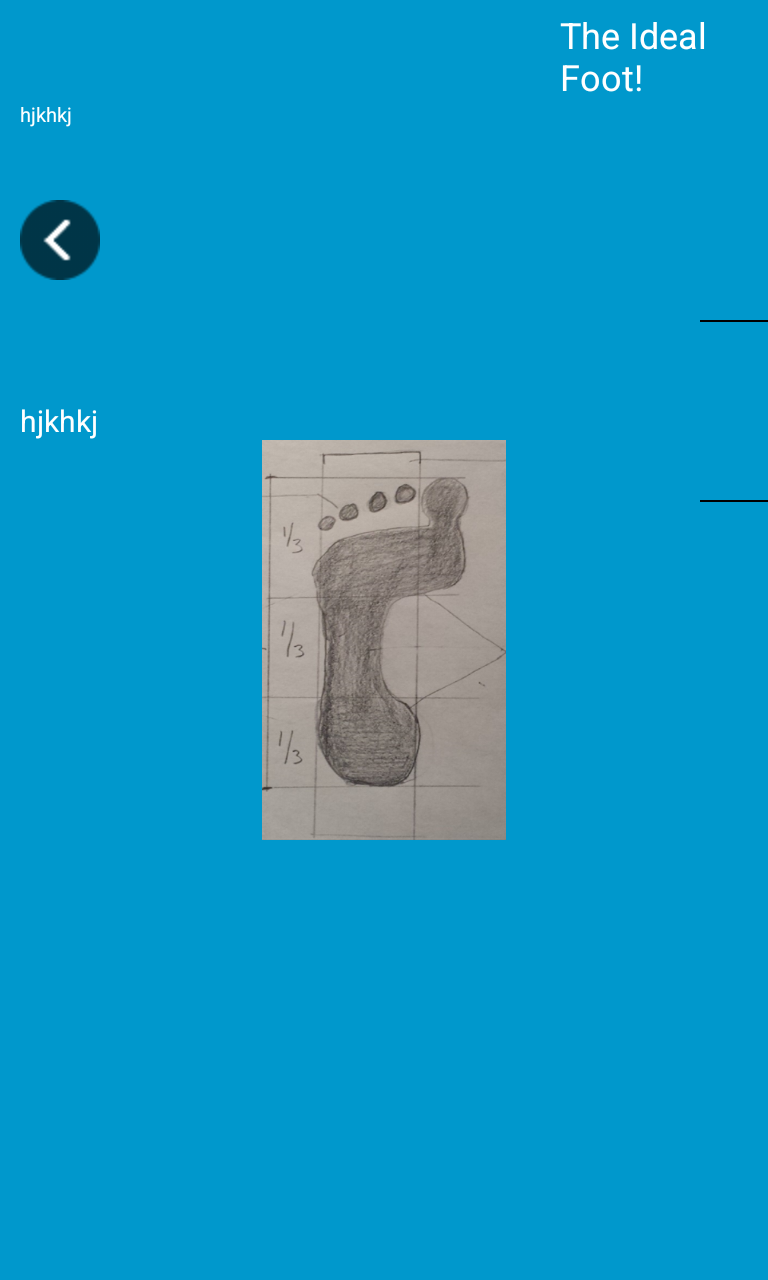
Repository: nanoweb12/GoodFeetAppNew
Layout: GoodFeetapp/res/layout/ideal_foot2.xml
The author's editor kept a copy of each file at every save. The layout is drawn from the files as they stood at one save, then again after the next save.
It is drawn on a 768 x 1280 px phone screen (xhdpi) without system bars, with theme MyTheme; the app's code is not run.

Above is the layout before, as saved 2015-02-21 03:48:35.

### GoodFeetapp/res/layout/ideal_foot2.xml
<?xml version="1.0" encoding="utf-8"?>
<RelativeLayout xmlns:android="http://schemas.android.com/apk/res/android"
    android:layout_width="match_parent"
    android:layout_height="match_parent"
    android:background="#0098cc"


    >

        <TextView
            android:id="@+id/txt_idal"
            android:layout_width="fill_parent"
            android:layout_height="wrap_content"
          android:layout_marginTop="5dp"
          android:layout_marginLeft="280dp"

            android:textSize="18sp"
            android:textColor="#ffffff"
            android:text="The Ideal Foot!" />


    		<ImageView
                android:id="@+id/feet"
                android:layout_width="200dp"
                android:layout_height="200dp"
              android:layout_centerHorizontal="true"
              android:layout_centerVertical="true"

                android:src="@drawable/foot" />



                <TextView
                    android:id="@+id/text1_left"
                    android:layout_width="match_parent"
                    android:layout_height="wrap_content"

                    android:textSize="10sp"
                    android:text="hjkhkj"
                    android:textColor="#ffffff"
                    android:layout_marginTop="50dp"
                    android:layout_marginLeft="10dp"
                    />

                 <ImageView
        android:id="@+id/back"
        android:layout_width="40dp"
        android:layout_marginLeft="10dp"
             android:layout_marginTop="100dp"
        android:layout_height="40dp"

        android:src="@drawable/left_arrow" />

                   <TextView
                    android:id="@+id/text2_left"
                    android:layout_width="match_parent"
                    android:layout_height="wrap_content"

                    android:textSize="15sp"
                    android:text="hjkhkj"
                    android:textColor="#ffffff"
                    android:layout_marginTop="200dp"
                    android:layout_marginLeft="10dp"
                    />



                <TextView
                    android:id="@+id/text1_right"
                    android:layout_width="match_parent"
                    android:layout_height="wrap_content"

                    android:textSize="15sp"
                    android:text="hjkhkj"
                    android:textColor="#ffffff"
                    android:layout_marginTop="50dp"
                    android:layout_marginLeft="450dp"
                    />


                 <ImageView
        android:id="@+id/next"
        android:layout_width="40dp"

        android:layout_height="40dp"

          android:layout_marginLeft="500dp"
             android:layout_marginTop="100dp"

        android:src="@drawable/right_arrow" />



                   <TextView
                    android:id="@+id/text2_right"
                    android:layout_width="match_parent"
                    android:layout_height="wrap_content"

                    android:textSize="15sp"
                    android:text="hjkhkj"
                    android:textColor="#ffffff"
                    android:layout_marginTop="200dp"
                    android:layout_marginLeft="450dp"
                    />

      <View
          android:id="@+id/view_width"
            android:layout_width="50dp"
            android:layout_height="1dp"
            android:layout_marginTop="90dp"
            android:layout_marginLeft="400dp"


           android:background="#000000"
            />
    <EditText

        android:id="@+id/edt_width  "
        android:layout_width="60dp"
        android:layout_height="20dp"
        android:hint="Enter Width"
        android:textSize="10sp"
        android:background="#ffffff"
        android:layout_marginTop="90dp"
         android:layout_marginLeft="450dp"
        />






      <View
          android:id="@+id/view_lenth"
            android:layout_width="50dp"
            android:layout_height="1dp"
            android:layout_marginTop="160dp"
            android:layout_marginLeft="350dp"


           android:background="#000000"
            />
    <EditText

        android:id="@+id/edt_lenth  "
        android:layout_width="60dp"
        android:layout_height="20dp"
        android:hint="Enter Lenth"
        android:textSize="10sp"
        android:background="#ffffff"
       android:layout_marginTop="160dp"
            android:layout_marginLeft="400dp"
        />
      <View
          android:id="@+id/view_arch"
            android:layout_width="50dp"
            android:layout_height="1dp"
            android:layout_marginTop="250dp"
            android:layout_marginLeft="350dp"


           android:background="#000000"
            />
    <EditText

        android:id="@+id/edt_arch  "
        android:layout_width="60dp"
        android:layout_height="20dp"
        android:hint="Enter ARCH"
        android:textSize="10sp"
        android:background="#ffffff"
       android:layout_marginTop="210dp"
            android:layout_marginLeft="390dp"
        />




</RelativeLayout>

### GoodFeetapp/res/values-v11/styles.xml
<resources>
    <style name="MyTheme" parent="@android:style/Theme.Holo.Light">

    </style>

    <style name="MyActionBar" parent="@android:style/Widget.Holo.Light.ActionBar">
    <item name="android:actionBarSize">70dip</item>
         <item name="android:background">#D3D3D3</item>
    </style>
</resources>

### GoodFeetapp/res/values-v14/styles.xml
<!-- <resources>
    the theme applied to the application or activity
    <style name="CustomActionBarTheme"
           parent="@android:style/Theme.Holo.Light.DarkActionBar">

    </style>

    ActionBar styles
    <style name="MyActionBar"
           parent="@android:style/Widget.Holo.Light.ActionBar.Solid.Inverse">
       <item name="android:actionBarSize">70dip</item>
         <item name="android:background">#D3D3D3</item>

    </style>
</resources> -->

<resources>
    <style name="MyTheme" parent="@android:style/Theme.Holo.Light">

    </style>

    <style name="MyActionBar" parent="@android:style/Widget.Holo.Light.ActionBar">
    <item name="android:actionBarSize">100dip</item>
         <item name="android:background">#D3D3D3</item>
    </style>
</resources>

### GoodFeetapp/res/values/styles.xml
<resources>
    <style name="MyTheme" parent="@android:style/Theme.Holo.Light">

    </style>

    <style name="MyActionBar" parent="@android:style/Widget.Holo.Light.ActionBar">
    <item name="android:actionBarSize">70dip</item>
         <item name="android:background">#D3D3D3</item>
    </style>
</resources>

After the next save:
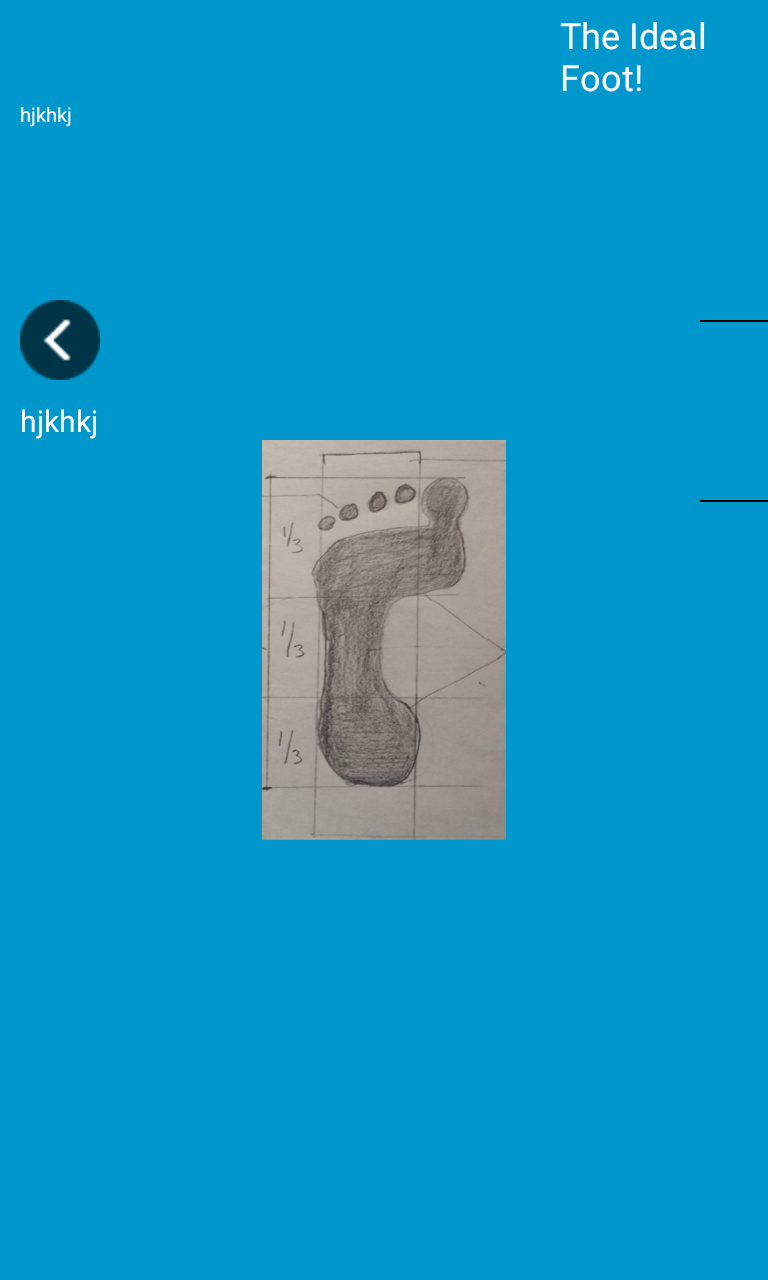
Saved 2 min 9 s later.
--- a/GoodFeetapp/res/layout/ideal_foot2.xml
+++ b/GoodFeetapp/res/layout/ideal_foot2.xml
@@ -46,7 +46,7 @@
         android:id="@+id/back"
         android:layout_width="40dp"
         android:layout_marginLeft="10dp"
-             android:layout_marginTop="100dp"
+             android:layout_marginTop="150dp"
         android:layout_height="40dp"
 
         android:src="@drawable/left_arrow" />
@@ -84,8 +84,8 @@
 
         android:layout_height="40dp"
 
-          android:layout_marginLeft="500dp"
-             android:layout_marginTop="100dp"
+          android:layout_marginLeft="600dp"
+             android:layout_marginTop="150dp"
 
         android:src="@drawable/right_arrow" />
 
